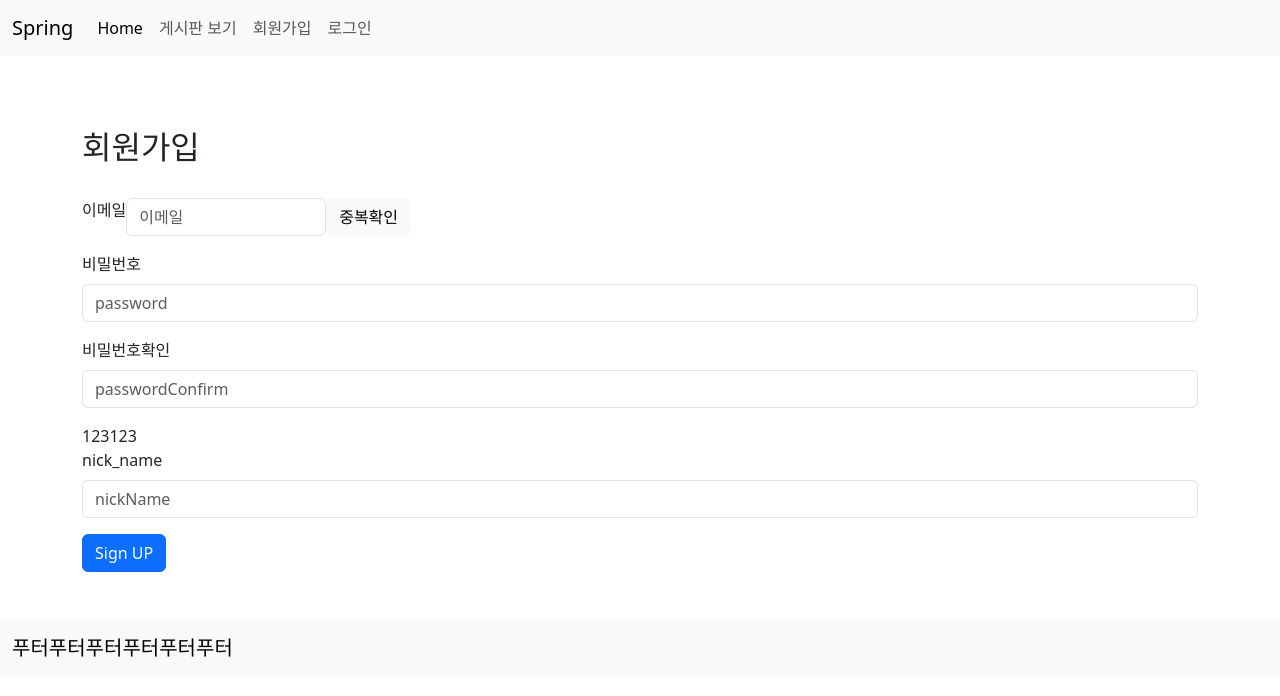
Repository: Jensuchan/spring_solo_project
Page: http://localhost/spring_test/WEB-INF/views/member/register.jsp
The author's editor kept a copy of each file at every save. The page is drawn from the files as they stood at one save, then again after the next save.
The browser window is 1280 px wide. The pictures show the whole page.
The page is served by Tomcat 9. Nobody is signed in. The template is opened directly, without the code that normally fills it, so the values that code supplies are empty.

Above is the page before, as saved 2024-01-18 03:01:19.
Console error: TypeError: Cannot read properties of null (reading 'addEventListener')

After the next save:
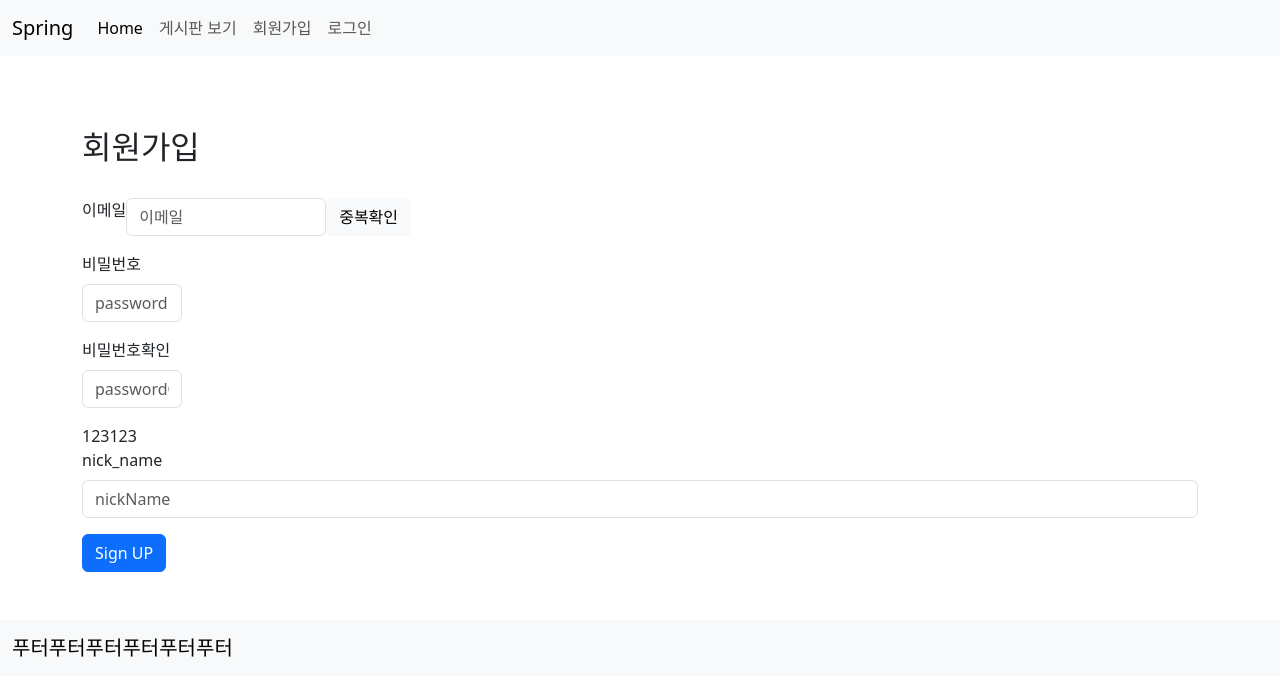
Saved 39 s later.
--- a/spring_test/src/main/webapp/WEB-INF/views/member/register.jsp
+++ b/spring_test/src/main/webapp/WEB-INF/views/member/register.jsp
@@ -18,11 +18,11 @@
 		</div>
 		<div class="mb-3">
 			<label for="pwd" class="form-label">비밀번호</label>
-			<input type="password" name="pwd" class="form-control" id="pwd" placeholder="password">
+			<input type="password" name="pwd" class="form-control" id="pwd" placeholder="password" style="width: 100px">
 		</div>
 		<div class="mb-3">
 			<label for="pwd" class="form-label">비밀번호확인</label>
-			<input type="password" name="pwdConfirm" class="form-control" id="pwdConfirm" placeholder="passwordConfirm">
+			<input type="password" name="pwdConfirm" class="form-control" id="pwdConfirm" placeholder="passwordConfirm" style="width: 100px">
 		</div>
 		<span>123123</span>
 		<div class="mb-3">
